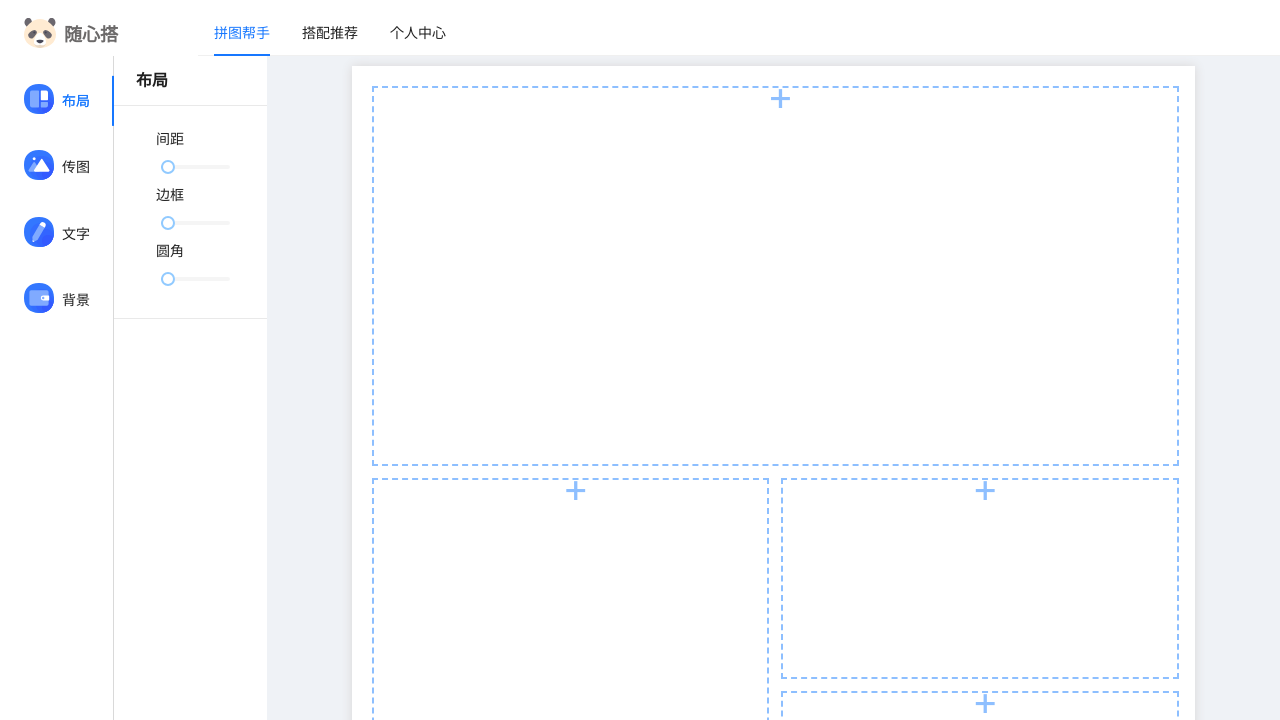
Repository: zzq1101921989/low-code
Page: /
These files come from the project's save history. The page is drawn as it stood at one moment and after the next save; the edit follows.
The browser window is 1280 px wide. The pictures show the whole page.
The project was rebuilt for these pictures with package versions that can differ from the ones it lists, and the page was loaded fresh each time. Also part of the build but not shown: vite.config.ts, src/pages/admin/index.tsx, src/components/icon/ClothesIcon.tsx, src/components/icon/HairIcon.tsx, src/components/icon/PantsIcon.tsx, src/components/icon/ShoeIcon.tsx, src/pages/recommend/index.tsx.

Above is the page before, as saved 2023-05-08 22:09:45.

After the next save:
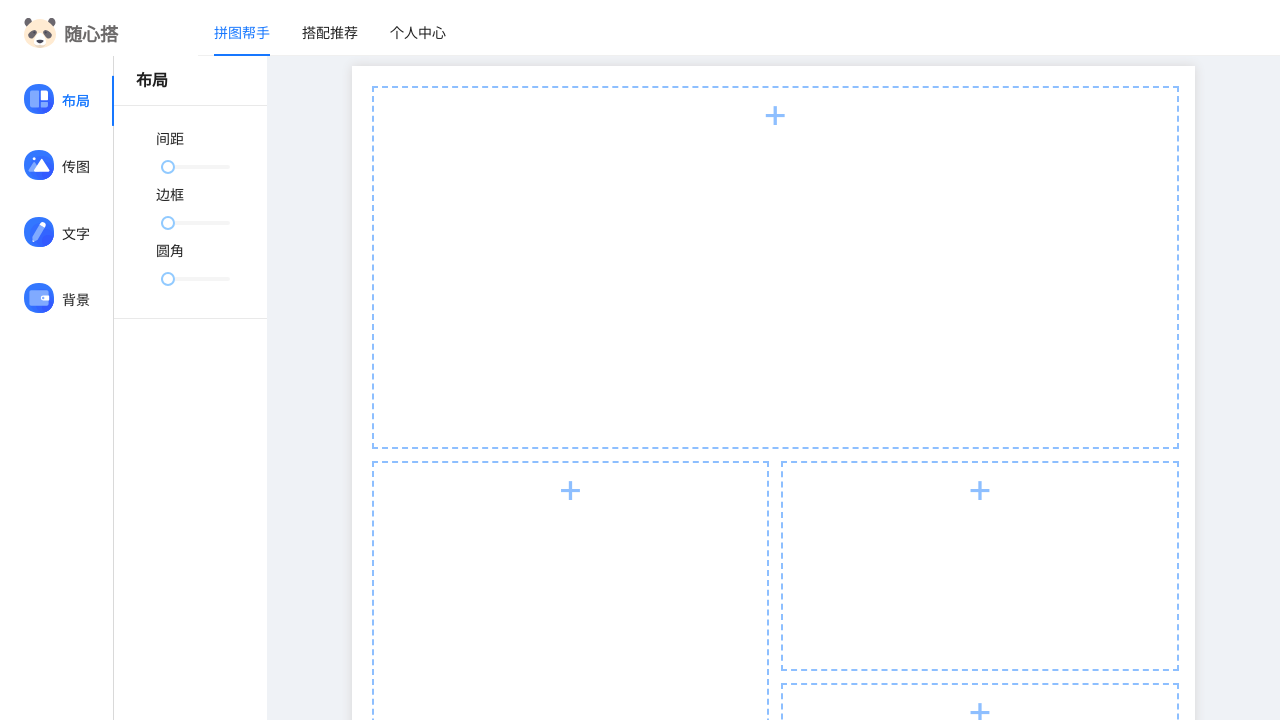
Saved 14 s later.
--- a/src/pages/home/components/ItemBox/index.module.less
+++ b/src/pages/home/components/ItemBox/index.module.less
@@ -13,9 +13,8 @@
     }
     .add {
         display: block;
-        width: 16px;
+        width: 100%;
         text-align: center;
-        line-height: 16px;
         margin: 0 auto;
         font-size: 40px;
         color: #1e80ff80;
